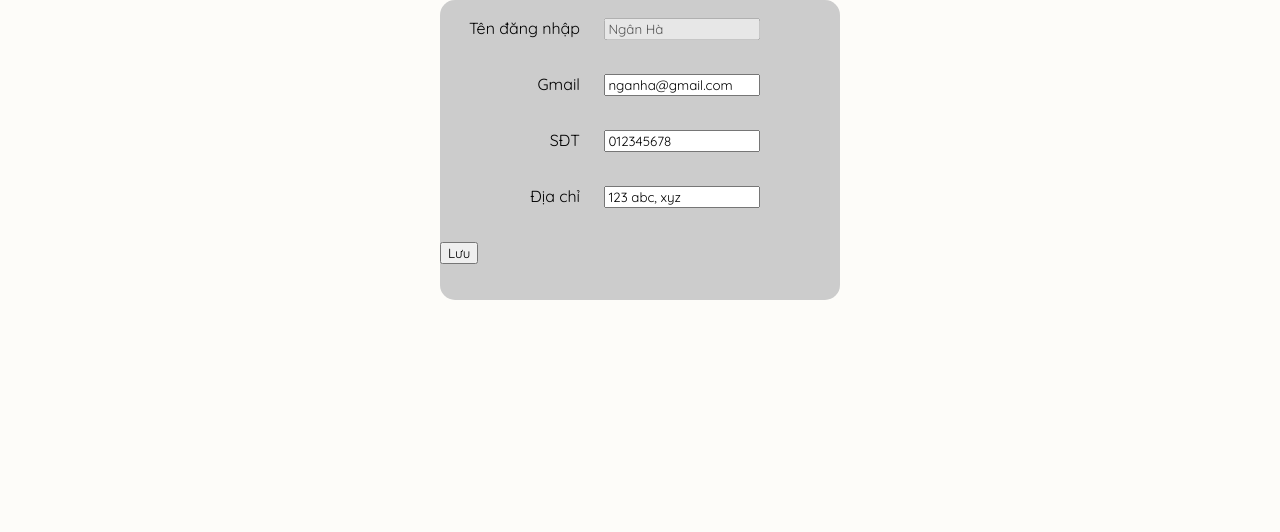
Repository: nganha241/store
Page: register.html
An editor plug-in stored every save of this project. The page is shown before and after the next save, followed by the edit.
The browser window is 1280 px wide. The pictures show the whole page.

Above is the page before, as saved 2022-04-23 08:23:42.

After the next save:
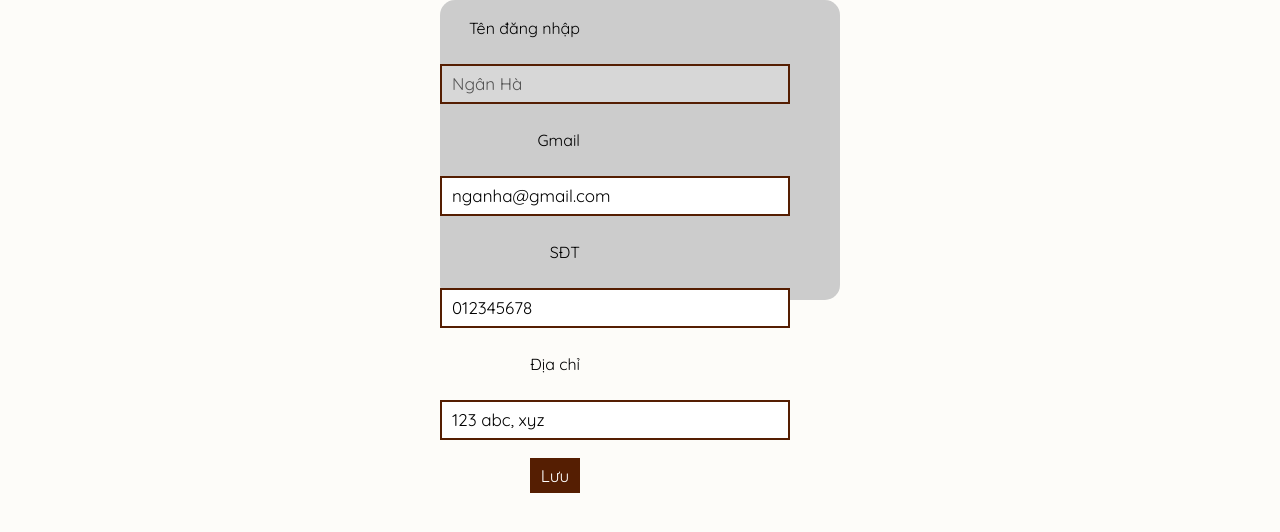
Saved 37 s later.
--- a/style.css
+++ b/style.css
@@ -1133,6 +1133,7 @@
     margin-right: 20px;
 }
 
+.container .register input,
 .container .profile .my-profile .list-detail .name input {
     width: 350px;
     height: 40px;
@@ -1141,10 +1142,12 @@
     padding: 0 10px;
 }
 
+.container .register input:focus,
 .container .profile .my-profile .list-detail .name input:focus{
     outline: none;
 }
 
+.container .register form button,
 .container .profile .my-profile .list-detail .name  form button {
     margin-left: 90px;
     height: 35px;
@@ -1156,10 +1159,6 @@
     cursor: pointer;
 }
 
-.container .profile .my-profile .list-detail .order {
-
-}
-
 .container .profile .my-profile .list-detail .order .order-box{
     display: flex;
     gap: 25px;

After the save that followed:
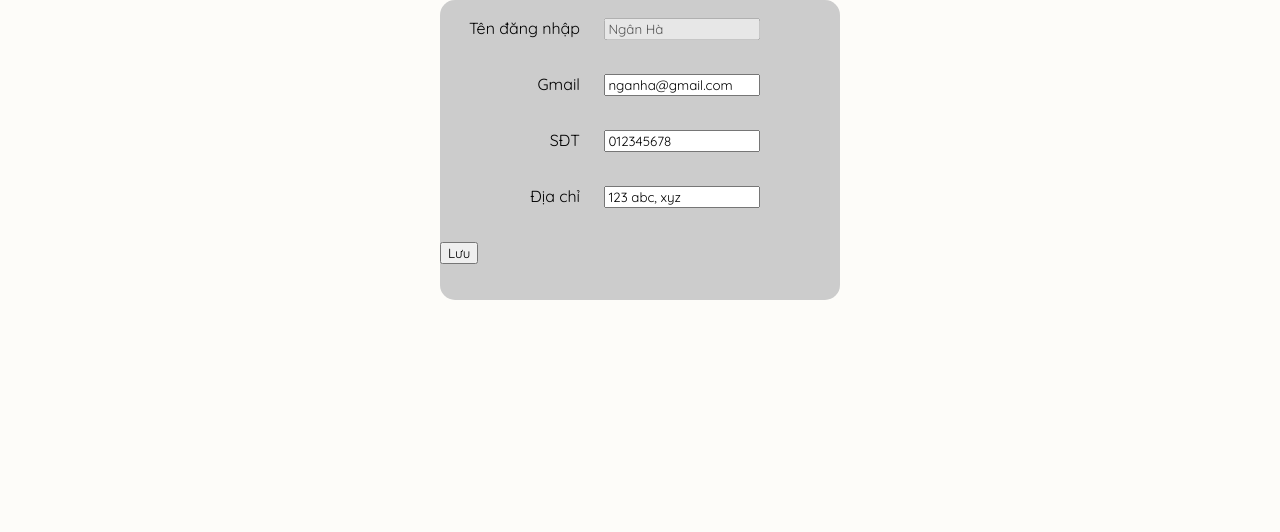
Saved 23 s later.
--- a/style.css
+++ b/style.css
@@ -1133,7 +1133,6 @@
     margin-right: 20px;
 }
 
-.container .register input,
 .container .profile .my-profile .list-detail .name input {
     width: 350px;
     height: 40px;
@@ -1147,7 +1146,6 @@
     outline: none;
 }
 
-.container .register form button,
 .container .profile .my-profile .list-detail .name  form button {
     margin-left: 90px;
     height: 35px;
